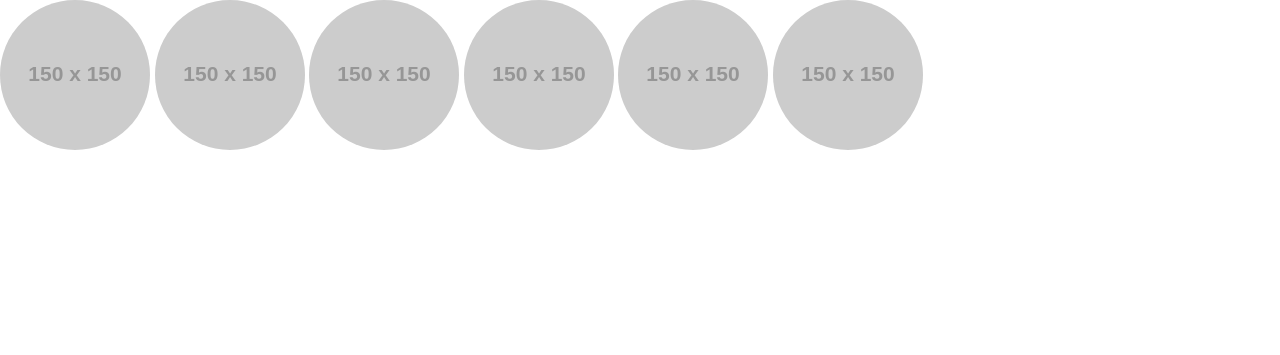
Repository: rsusolutions/RSU-Website
Page: quiz/index.html
An editor plug-in stored every save of this project. The page is shown before and after the next save, followed by the edit.
The browser window is 1280 px wide. The pictures show the whole page.
Some web libraries are served in a nearby version.

Above is the page before, as saved 2020-04-21 17:53:17.

After the next save:
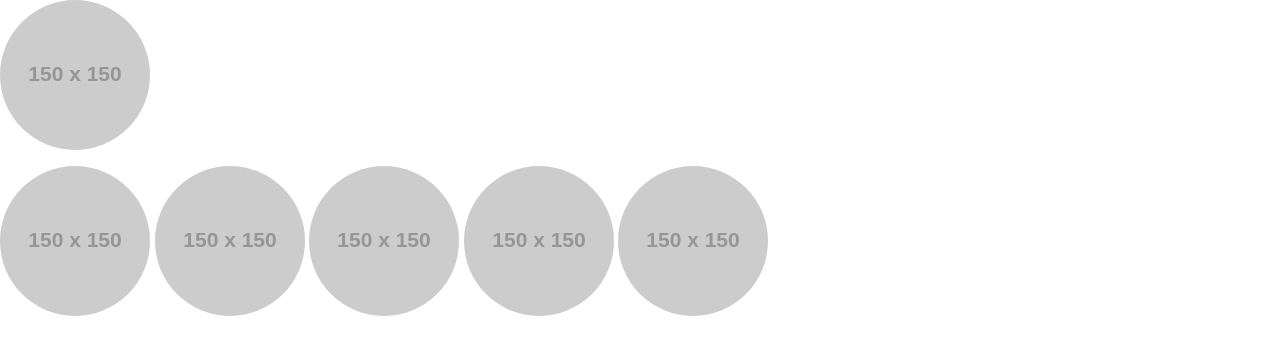
Saved 23 s later.
--- a/quiz/index.html
+++ b/quiz/index.html
@@ -15,8 +15,10 @@
   <body>
     <section class="section-preview">
 
+                <div class="rounded-circle mb-2">
+<img class="rounded-circle mb-2" alt="150x150" src="https://placehold.it/150x150" data-holder-rendered="true">
+                </div>
 
-                <img class="rounded-circle mb-2" alt="150x150" src="https://placehold.it/150x150" data-holder-rendered="true">
 
                 <img class="rounded-circle mb-2" alt="150x150" src="https://placehold.it/150x150" data-holder-rendered="true">
 
